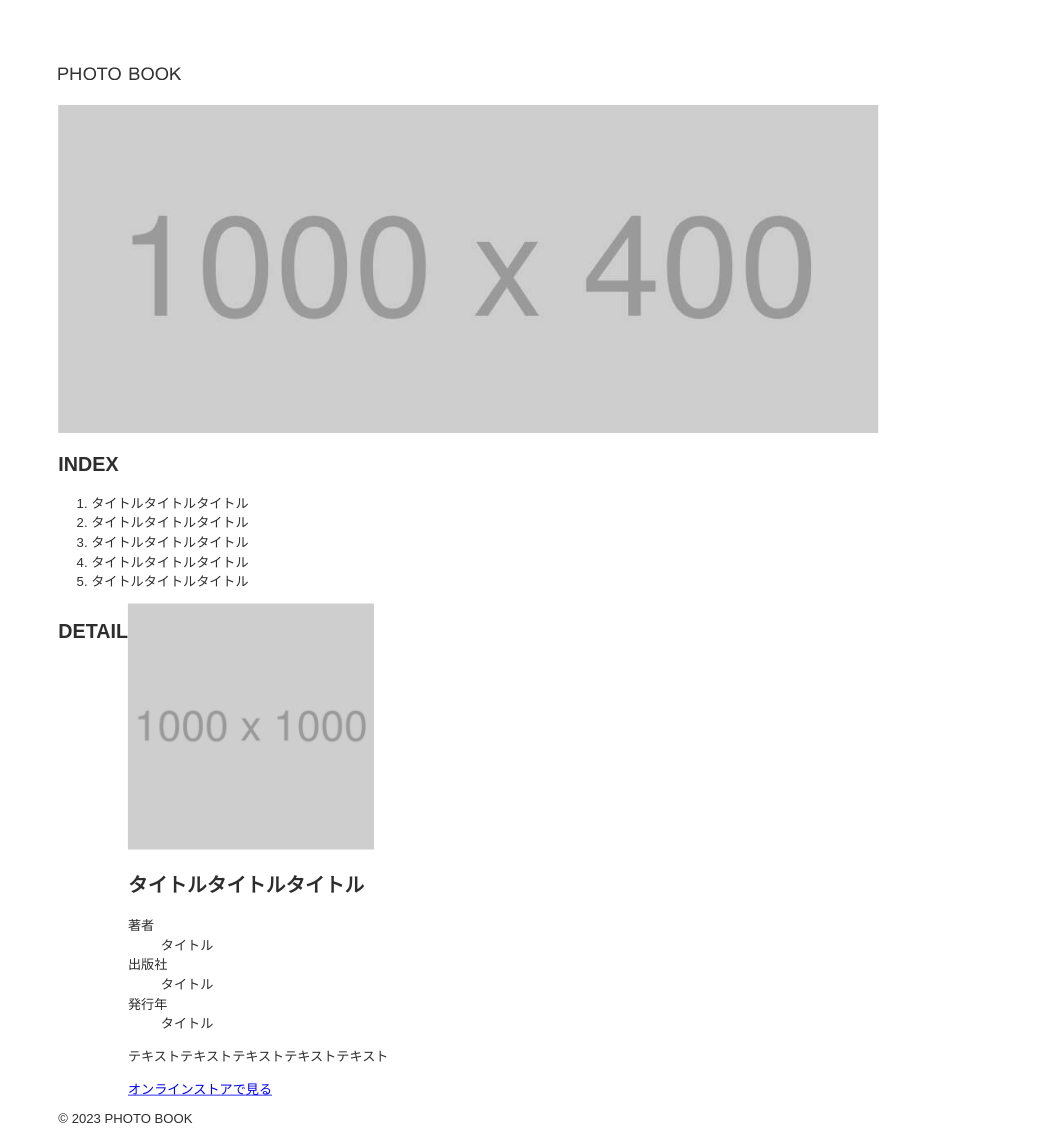
Repository: Fuki-san/photo-book-1
Page: http://localhost/photo
These files come from the project's save history. The page is drawn as it stood at one moment and after the next save; the edit follows.
The browser window is 1280 px wide. The pictures show the whole page, at 82% of full size.
The page is served by the project's Laravel application, run on PHP 8.4 with Laravel 10.

Above is the page before, as saved 2023-11-26 15:58:33.

After the next save:
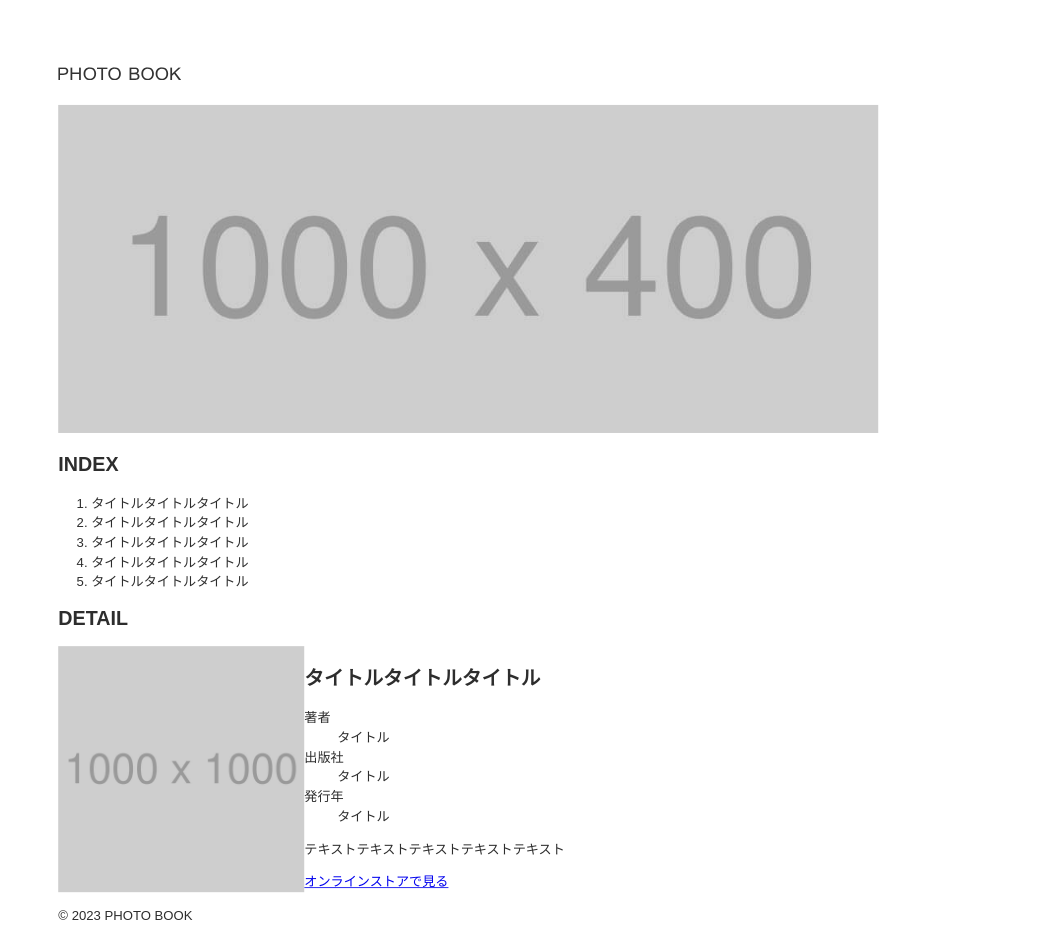
Saved 13 s later.
--- a/public/css/style.css
+++ b/public/css/style.css
@@ -40,6 +40,6 @@
 .detail-img{
     width: 300px;
 }
-#detail{
+.flex-item{
     display: flex;
 }
